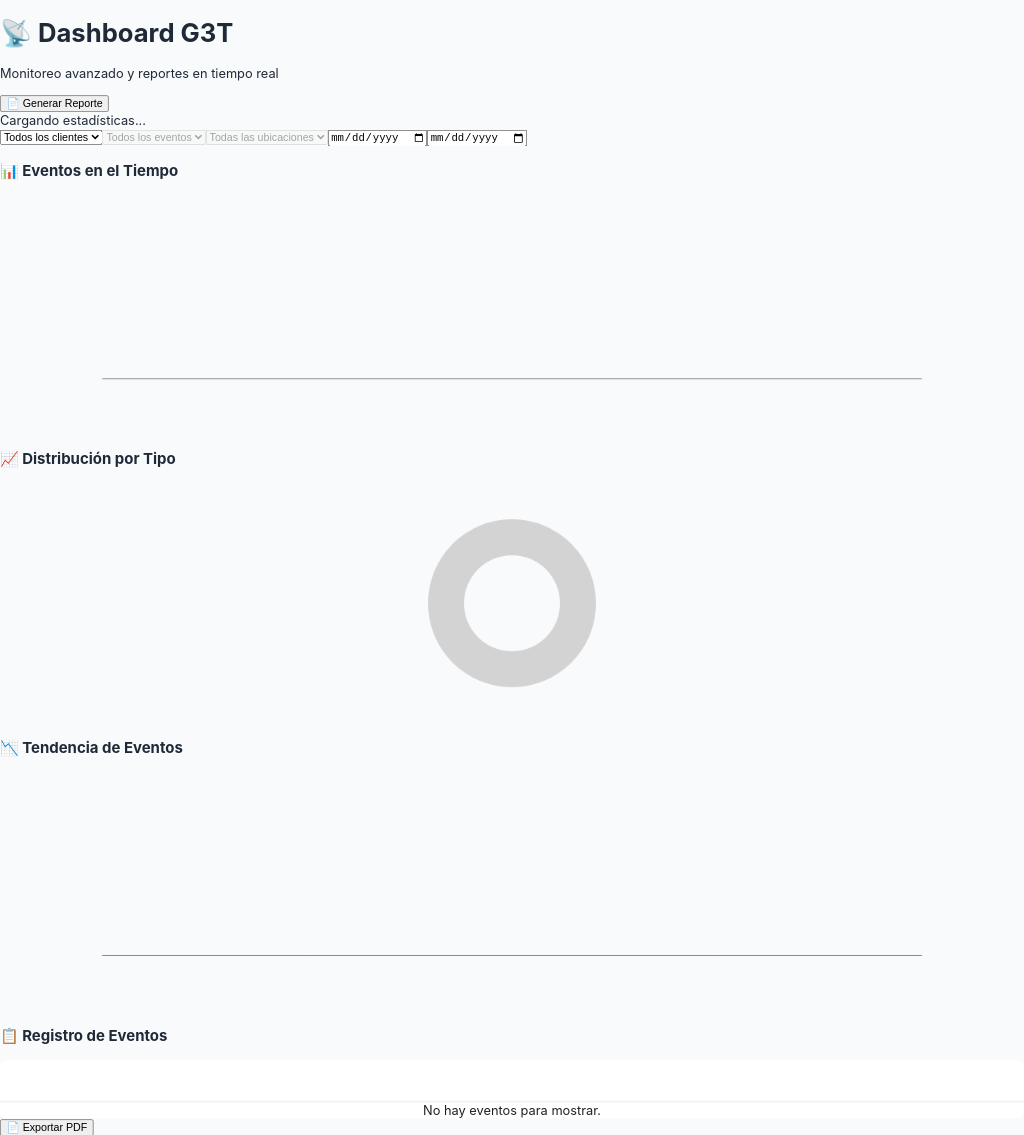
Repository: BBrian11/reportes
Page: /
An editor plug-in stored every save of this project. The page is shown before and after the next save, followed by the edit.
The browser window is 1280 px wide. The pictures show the whole page, at 80% of full size.
The page's requests for data from a server got no answer. The project was rebuilt for these pictures with package versions that can differ from the ones it lists, and the page was loaded fresh each time. Some packages were replaced by stand-ins written for this rebuild. No one was signed in, and anything a server would have sent is missing. Also part of the build but not shown: vite.config.js, src/styles/form.css.

Above is the page before, as saved 2025-07-29 13:54:10.

### index.html
<!DOCTYPE html>
<html lang="es">
  <head>
    <meta charset="UTF-8" />
    <meta name="viewport" content="width=device-width, initial-scale=1.0" />
    <title>Dashboard G3T</title>
  </head>
  <body>
    <div id="root"></div>
    <script type="module" src="/src/main.jsx"></script>
  </body>
</html>

### src/main.jsx
import React from "react";
import ReactDOM from "react-dom/client";
import App from "./App.jsx";
import "./styles/dashboard.css";
import "./styles/form.css";

ReactDOM.createRoot(document.getElementById("root")).render(
  <React.StrictMode>
    <App />
  </React.StrictMode>
);

### src/App.jsx
import React from "react";
import Dashboard from "./components/Dashboard/Dashboard.jsx";

export default function App() {
  return <Dashboard />;
}

### src/styles/dashboard.css
/* ===========================
   DASHBOARD G3T - ESTILOS PRO
   =========================== */

/* ---- Reset & Globals ---- */
body {
    font-family: 'Inter', sans-serif;
    color: #1f2937;
    background: #f9fafb;
    margin: 0;
    padding: 0;
  }

  h1, h2, h3, h4 {
    font-weight: 700;
  }

  /* ---- Header ---- */
  .dashboard-header {
    background: linear-gradient(90deg, #111827, #1f2937);
    color: #fff;
    padding: 1.5rem 2rem;
    border-radius: 16px;
    display: flex;
    justify-content: space-between;
    align-items: center;
    box-shadow: 0 8px 16px rgba(0, 0, 0, 0.25);
    animation: fadeInDown 0.6s ease;
  }

  .dashboard-header h1 {
    font-size: 1.75rem;
    display: flex;
    align-items: center;
    gap: 10px;
  }

  .dashboard-header button {
    background: #fff;
    color: #111827;
    font-weight: 600;
    padding: 0.6rem 1rem;
    border-radius: 12px;
    transition: 0.3s;
    border: none;
    cursor: pointer;
  }

  .dashboard-header button:hover {
    background: #e5e7eb;
  }

  /* ---- Stats Cards ---- */
  .stats-grid {
    display: grid;
    grid-template-columns: repeat(auto-fit, minmax(250px, 1fr));
    gap: 16px;
    margin: 20px 0;
  }

  .stat-card {
    border-radius: 16px;
    color: #fff;
    text-align: center;
    padding: 1.5rem;
    font-size: 1rem;
    font-weight: 600;
    position: relative;
    overflow: hidden;
    transition: transform 0.3s ease;
  }

  .stat-card:hover {
    transform: translateY(-6px);
  }

  .stat-card::after {
    content: "";
    position: absolute;
    top: -50%;
    left: -50%;
    width: 200%;
    height: 200%;
    background: radial-gradient(circle, rgba(255,255,255,0.15) 0%, transparent 70%);
    transform: rotate(25deg);
    animation: shine 4s infinite;
  }

  @keyframes shine {
    0% { transform: translateX(-50%) rotate(25deg); }
    100% { transform: translateX(150%) rotate(25deg); }
  }

  /* ---- Filters ---- */
  .filters-box {
    background: #fff;
    padding: 16px;
    border-radius: 14px;
    display: flex;
    flex-wrap: wrap;
    gap: 12px;
    box-shadow: 0 4px 10px rgba(0,0,0,0.08);
  }

  .filters-box select,
  .filters-box input[type="date"] {
    padding: 10px 12px;
    border: 1px solid #d1d5db;
    border-radius: 10px;
    font-size: 14px;
    background: #f9fafb;
    transition: 0.3s;
  }

  .filters-box select:focus,
  .filters-box input:focus {
    outline: none;
    border-color: #2563eb;
    background: #fff;
    box-shadow: 0 0 0 3px rgba(37, 99, 235, 0.2);
  }

  /* ---- Charts ---- */
  .chart-container {
    background: #fff;
    padding: 16px;
    border-radius: 14px;
    box-shadow: 0 4px 12px rgba(0,0,0,0.05);
    transition: transform 0.3s ease;
  }

  .chart-container:hover {
    transform: scale(1.02);
  }

  /* ---- Events Table ---- */
  .table-wrapper {
    background: #fff;
    padding: 16px;
    border-radius: 14px;
    box-shadow: 0 4px 10px rgba(0,0,0,0.05);
  }

  .rdt_Table {
    border-radius: 10px;
    overflow: hidden;
  }

  .rdt_TableHeadRow {
    background-color: #111827;
    color: #fff;
    font-weight: 600;
  }

  .rdt_TableRow:hover {
    background: #f3f4f6;
  }

  /* ---- Buttons ---- */
  .btn-primary {
    background: #2563eb;
    color: #fff;
    padding: 10px 18px;
    font-size: 15px;
    font-weight: 600;
    border-radius: 12px;
    border: none;
    transition: background 0.3s;
    cursor: pointer;
  }

  .btn-primary:hover {
    background: #1e40af;
  }

  /* ---- Animations ---- */
  @keyframes fadeInDown {
    0% { opacity: 0; transform: translateY(-20px); }
    100% { opacity: 1; transform: translateY(0); }
  }

### src/components/Dashboard/Dashboard.jsx
// src/components/Dashboard/Dashboard.jsx
import React, { useEffect, useState } from "react";
import Header from "./Header.jsx";
import StatsCards from "./StatsCards.jsx";
import Filters from "./Filters.jsx";
import Charts from "./Charts.jsx";
import EventsTable from "./EventsTable.jsx";
import ExportPDF from "./ExportPDF.jsx";
import { collection, onSnapshot } from "firebase/firestore";
import { db } from "../../services/firebase";
import "../../styles/dashboard.css";

export default function Dashboard() {
  const [eventos, setEventos] = useState([]);
  const [filtros, setFiltros] = useState({
    cliente: "",
    evento: "",
    ubicacion: "",
    fechaInicio: "",
    fechaFin: "",
  });

  // 🔹 Cargar datos de TODAS las colecciones
  useEffect(() => {
    const collections = [
      { path: "novedades/tgs/eventos", cliente: "TGS", eventoKey: "evento-tgs", ubicacionKey: "locaciones-tgs" },
      { path: "novedades/edificios/eventos", cliente: "Edificios", eventoKey: "evento-edificio" }, // 🔥 Sin ubicacionKey fijo
      { path: "novedades/vtv/eventos", cliente: "VTV", eventoKey: "evento-vtv", ubicacionKey: "planta-vtv" },
      { path: "novedades/barrios/eventos", cliente: "Barrios", eventoKey: "evento-barrios", ubicacionKey: "barrio" },
      { path: "novedades/otros/eventos", cliente: "Otros", eventoKey: "evento-otros", ubicacionKey: "otro" }
    ];


    const unsubscribes = collections.map(({ path, cliente, eventoKey, ubicacionKey }) =>
      onSnapshot(collection(db, path), (snapshot) => {
        const nuevos = snapshot.docs.map((doc) => {
          const d = doc.data();

          let ubicacion = "Sin Ubicación";

          if (cliente === "Edificios") {
            // ✅ Armar la ubicación con Edificio + Unidad
            const edificio = d["edificio"] || "";
            const unidad = d["unidad"] ? ` - ${d["unidad"]}` : "";
            ubicacion = edificio ? edificio + unidad : "Sin Ubicación";
          } else {
            // ✅ Para los demás clientes usamos ubicacionKey
            ubicacion = d[ubicacionKey] || "Sin Ubicación";
          }

          return {
            id: doc.id,
            cliente,
            evento: d[eventoKey] || "Sin Evento",
            ubicacion,
            fecha: d.fechaHoraEnvio
              ? new Date(d.fechaHoraEnvio.seconds * 1000).toLocaleString("es-AR")
              : "Sin Fecha",
            observacion: d[`observaciones-${cliente.toLowerCase()}`] || "Sin Observación",
          };
        });


        setEventos((prev) => {
          const filtradosPrev = prev.filter((e) => e.cliente !== cliente);
          return [...filtradosPrev, ...nuevos];
        });
      })
    );

    return () => unsubscribes.forEach((unsub) => unsub());
  }, []);

  // 🔍 Aplicar filtros
  const eventosFiltrados = eventos.filter((e) => {
    const fecha = new Date(e.fecha);
    const fechaInicio = filtros.fechaInicio ? new Date(filtros.fechaInicio) : null;
    const fechaFin = filtros.fechaFin ? new Date(filtros.fechaFin) : null;

    return (
      (!filtros.cliente || e.cliente === filtros.cliente) &&
      (!filtros.evento || e.evento === filtros.evento) &&
      (!filtros.ubicacion || e.ubicacion === filtros.ubicacion) &&
      (!fechaInicio || fecha >= fechaInicio) &&
      (!fechaFin || fecha <= fechaFin)
    );
  });

  return (
    <div className="p-4 bg-gray-100 min-h-screen">
      <Header />
      <StatsCards eventos={eventosFiltrados} />
      <Filters filtros={filtros} setFiltros={setFiltros} eventos={eventos} />
      <Charts eventos={eventosFiltrados} />
      <EventsTable eventos={eventosFiltrados} />
      <ExportPDF eventos={eventosFiltrados} />
    </div>
  );
}

### src/components/Dashboard/Header.jsx
// src/components/Dashboard/Header.jsx
import React from "react";

export default function Header() {
  return (
    <div className="bg-gradient-to-r from-slate-800 to-slate-600 text-white rounded-lg shadow-lg p-5 mb-6 flex justify-between items-center">
      <div>
        <h1 className="text-2xl font-bold flex items-center gap-2">
          📡 Dashboard G3T
        </h1>
        <p className="text-sm text-gray-300">
          Monitoreo avanzado y reportes en tiempo real
        </p>
      </div>
      <div>
        <button
          id="btnGeneratePDF"
          className="bg-white text-slate-700 px-4 py-2 rounded-lg shadow hover:bg-gray-200 transition"
        >
          📄 Generar Reporte
        </button>
      </div>
    </div>
  );
}

### src/components/Dashboard/StatsCards.jsx
// src/components/Dashboard/StatsCards.jsx
import React from "react";

export default function StatsCards({ eventos }) {
  if (!eventos || eventos.length === 0) {
    return (
      <div className="flex justify-center items-center text-gray-500 mb-6">
        Cargando estadísticas...
      </div>
    );
  }

  // ✅ Calcular estadísticas
  const eventCount = {};
  const locationCount = {};

  eventos.forEach((e) => {
    eventCount[e.evento] = (eventCount[e.evento] || 0) + 1;
    locationCount[e.ubicacion] = (locationCount[e.ubicacion] || 0) + 1;
  });

  const eventoMasFrecuente = Object.entries(eventCount).sort((a, b) => b[1] - a[1])[0][0];
  const ubicacionMasFrecuente = Object.entries(locationCount).sort((a, b) => b[1] - a[1])[0][0];

  // ✅ Evento crítico → detecta si hay alguno con palabra clave
  const eventosCriticosLista = [
    "Alarma", "Puerta Forzada", "Coacción", "Pánico", "Intrusión", "Robo"
  ];

  const eventoCritico =
    eventos.find((e) =>
      eventosCriticosLista.some((critico) =>
        e.evento.toLowerCase().includes(critico.toLowerCase())
      )
    )?.evento || "Sin Evento Crítico";

  return (
    <div className="grid grid-cols-1 md:grid-cols-3 gap-4 mb-6">
      {/* Card 1 */}
      <div className="bg-teal-500 text-white rounded-xl shadow-lg p-4 text-center">
        <p className="text-sm font-semibold">🚨 Evento más recurrente</p>
        <h2 className="text-xl font-bold mt-2">{eventoMasFrecuente}</h2>
      </div>

      {/* Card 2 */}
      <div className="bg-yellow-400 text-black rounded-xl shadow-lg p-4 text-center">
        <p className="text-sm font-semibold">📍 Ubicación con más eventos</p>
        <h2 className="text-xl font-bold mt-2">{ubicacionMasFrecuente}</h2>
      </div>

      {/* Card 3 */}
      <div className="bg-red-600 text-white rounded-xl shadow-lg p-4 text-center">
        <p className="text-sm font-semibold">⚠ Evento Crítico</p>
        <h2 className="text-xl font-bold mt-2">{eventoCritico}</h2>
      </div>
    </div>
  );
}

### src/components/Dashboard/Filters.jsx
// src/components/Dashboard/Filters.jsx
import React from "react";

export default function Filters({ filtros, setFiltros, eventos }) {
  // ✅ Filtrar solo los eventos del cliente seleccionado
  const eventosPorCliente = filtros.cliente
    ? eventos.filter((e) => e.cliente === filtros.cliente)
    : eventos;

  const clientes = [...new Set(eventos.map((e) => e.cliente))];
  const eventosUnicos = [...new Set(eventosPorCliente.map((e) => e.evento))];
  const ubicaciones = [...new Set(eventosPorCliente.map((e) => e.ubicacion))];

  return (
    <div className="bg-white rounded-lg shadow p-4 mb-6 flex flex-wrap gap-4">
      {/* Cliente */}
      <select
        className="border border-gray-300 p-2 rounded"
        value={filtros.cliente}
        onChange={(e) =>
          setFiltros({ ...filtros, cliente: e.target.value, evento: "", ubicacion: "" })
        }
      >
        <option value="">Todos los clientes</option>
        {clientes.map((c, idx) => (
          <option key={idx} value={c}>
            {c}
          </option>
        ))}
      </select>

      {/* Evento */}
      <select
        className="border border-gray-300 p-2 rounded"
        value={filtros.evento}
        onChange={(e) => setFiltros({ ...filtros, evento: e.target.value })}
        disabled={!filtros.cliente}
      >
        <option value="">Todos los eventos</option>
        {eventosUnicos.map((ev, idx) => (
          <option key={idx} value={ev}>
            {ev}
          </option>
        ))}
      </select>

      {/* Ubicación */}
      <select
        className="border border-gray-300 p-2 rounded"
        value={filtros.ubicacion}
        onChange={(e) => setFiltros({ ...filtros, ubicacion: e.target.value })}
        disabled={!filtros.cliente}
      >
        <option value="">Todas las ubicaciones</option>
        {ubicaciones.map((u, idx) => (
          <option key={idx} value={u}>
            {u}
          </option>
        ))}
      </select>

      {/* Fechas */}
      <input
        type="date"
        className="border border-gray-300 p-2 rounded"
        value={filtros.fechaInicio}
        onChange={(e) => setFiltros({ ...filtros, fechaInicio: e.target.value })}
      />
      <input
        type="date"
        className="border border-gray-300 p-2 rounded"
        value={filtros.fechaFin}
        onChange={(e) => setFiltros({ ...filtros, fechaFin: e.target.value })}
      />
    </div>
  );
}

### src/components/Dashboard/Charts.jsx
// src/components/Dashboard/Charts.jsx
import React from "react";
import BarChart from "./BarChart.jsx";
import PieChart from "./PieChart.jsx";
import LineChart from "./LineChart.jsx";

export default function Charts({ eventos }) {
  return (
    <div className="grid grid-cols-1 gap-6 md:grid-cols-2 mb-6">
      <div className="col-span-2 bg-white rounded-lg shadow p-4">
        <h3 className="text-lg font-bold mb-2 text-center">📊 Eventos en el Tiempo</h3>
        <BarChart eventos={eventos} />
      </div>
      <div className="bg-white rounded-lg shadow p-4">
        <h3 className="text-lg font-bold mb-2 text-center">📈 Distribución por Tipo</h3>
        <PieChart eventos={eventos} />
      </div>
      <div className="bg-white rounded-lg shadow p-4">
        <h3 className="text-lg font-bold mb-2 text-center">📉 Tendencia de Eventos</h3>
        <LineChart eventos={eventos} />
      </div>
    </div>
  );
}

### src/components/Dashboard/EventsTable.jsx
// src/components/Dashboard/EventsTable.jsx
import React from "react";
import DataTable from "react-data-table-component";

export default function EventsTable({ eventos }) {
  const columns = [
    { name: "Cliente", selector: (row) => row.cliente, sortable: true },
    { name: "Evento", selector: (row) => row.evento, sortable: true },
    { name: "Ubicación", selector: (row) => row.ubicacion },
    { name: "Fecha", selector: (row) => row.fecha },
    { name: "Observación", selector: (row) => row.observacion },
  ];

  return (
    <div className="bg-white rounded-lg shadow p-4 mb-6">
      <h3 className="text-lg font-bold mb-2 flex items-center gap-2">
        📋 Registro de Eventos
      </h3>
      <DataTable
        columns={columns}
        data={eventos}
        pagination
        highlightOnHover
        responsive
        persistTableHead
        striped
        noDataComponent="No hay eventos para mostrar."
      />
    </div>
  );
}

### src/components/Dashboard/ExportPDF.jsx
// src/components/Dashboard/ExportPDF.jsx
import React from "react";
import jsPDF from "jspdf";
import autoTable from "jspdf-autotable";
import Swal from "sweetalert2";

export default function ExportPDF({ eventos }) {
  const generatePDF = async () => {
    if (eventos.length === 0) {
      Swal.fire("Aviso", "No hay datos para exportar.", "warning");
      return;
    }

    // ✅ Generar PDF
    const pdf = new jsPDF("p", "mm", "a4");
    pdf.setFont("helvetica", "bold");
    pdf.setFontSize(18);
    pdf.text("Reporte de Eventos G3T", 105, 20, { align: "center" });

    pdf.setFontSize(12);
    pdf.setFont("helvetica", "normal");
    pdf.text(`Fecha: ${new Date().toLocaleDateString("es-AR")}`, 14, 30);

    pdf.line(10, 35, 200, 35);

    // ✅ Tabla con autoTable
    const tableData = eventos.map((e) => [
      e.cliente,
      e.evento,
      e.ubicacion,
      e.fecha,
      e.observacion,
    ]);

    autoTable(pdf, {
      head: [["Cliente", "Evento", "Ubicación", "Fecha", "Observación"]],
      body: tableData,
      startY: 40,
      theme: "striped",
      headStyles: { fillColor: [32, 178, 170], textColor: 255 },
      bodyStyles: { fontSize: 10 },
    });

    pdf.save(`REPORTE_EVENTOS_G3T_${Date.now()}.pdf`);
  };

  return (
    <div className="text-right mb-6">
      <button
        onClick={generatePDF}
        className="bg-blue-600 text-white px-4 py-2 rounded-lg shadow hover:bg-blue-700 transition"
      >
        📄 Exportar PDF
      </button>
    </div>
  );
}

### src/services/firebase.js
import { initializeApp } from "firebase/app";
import { getFirestore } from "firebase/firestore";
import { getAuth } from "firebase/auth";

const firebaseConfig = {
  apiKey: "AIzaSyCZcj7AOQoXHHn1vDiyoCQbDIQRMfvhOlA",
  authDomain: "reportesg3t.firebaseapp.com",
  projectId: "reportesg3t",
  storageBucket: "reportesg3t.appspot.com",
  messagingSenderId: "571918948751",
  appId: "1:571918948751:web:055d012f4e1f3f8de5d3fa"
};

const app = initializeApp(firebaseConfig);
export const db = getFirestore(app);
export const auth = getAuth(app);

### src/components/Dashboard/BarChart.jsx
// src/components/Dashboard/BarChart.jsx
import React, { useEffect } from "react";
import * as echarts from "echarts";

export default function BarChart({ eventos }) {
  useEffect(() => {
    const chartDom = document.getElementById("barChart");
    const myChart = echarts.init(chartDom);

    const eventCounts = {};
    eventos.forEach((e) => {
      const fecha = e.fecha.split(",")[0];
      eventCounts[fecha] = (eventCounts[fecha] || 0) + 1;
    });

    const labels = Object.keys(eventCounts);
    const values = Object.values(eventCounts);

    myChart.setOption({
      tooltip: { trigger: "axis" },
      xAxis: { type: "category", data: labels },
      yAxis: { type: "value" },
      series: [
        {
          data: values,
          type: "bar",
          itemStyle: { color: "#20B2AA" },
          label: { show: true, position: "top" },
        },
      ],
    });

    return () => myChart.dispose();
  }, [eventos]);

  return <div id="barChart" style={{ height: "300px" }}></div>;
}

### src/components/Dashboard/PieChart.jsx
// src/components/Dashboard/PieChart.jsx
import React, { useEffect } from "react";
import * as echarts from "echarts";

export default function PieChart({ eventos }) {
  useEffect(() => {
    const chartDom = document.getElementById("pieChart");
    const myChart = echarts.init(chartDom);

    const eventCounts = {};
    eventos.forEach((e) => {
      eventCounts[e.evento] = (eventCounts[e.evento] || 0) + 1;
    });

    const data = Object.keys(eventCounts).map((key) => ({
      name: key,
      value: eventCounts[key],
    }));

    myChart.setOption({
      tooltip: { trigger: "item" },
      series: [
        {
          type: "pie",
          radius: ["40%", "70%"],
          avoidLabelOverlap: false,
          label: { show: true, formatter: "{b}: {c}" },
          data: data,
        },
      ],
    });

    return () => myChart.dispose();
  }, [eventos]);

  return <div id="pieChart" style={{ height: "300px" }}></div>;
}

### src/components/Dashboard/LineChart.jsx
// src/components/Dashboard/LineChart.jsx
import React, { useEffect } from "react";
import * as echarts from "echarts";

export default function LineChart({ eventos }) {
  useEffect(() => {
    const chartDom = document.getElementById("lineChart");
    const myChart = echarts.init(chartDom);

    const dateCounts = {};
    eventos.forEach((e) => {
      const fecha = e.fecha.split(",")[0];
      dateCounts[fecha] = (dateCounts[fecha] || 0) + 1;
    });

    const labels = Object.keys(dateCounts);
    const values = Object.values(dateCounts);

    myChart.setOption({
      tooltip: { trigger: "axis" },
      xAxis: { type: "category", data: labels },
      yAxis: { type: "value" },
      series: [
        {
          data: values,
          type: "line",
          smooth: true,
          itemStyle: { color: "#FF6F61" },
        },
      ],
    });

    return () => myChart.dispose();
  }, [eventos]);

  return <div id="lineChart" style={{ height: "300px" }}></div>;
}

After the next save:
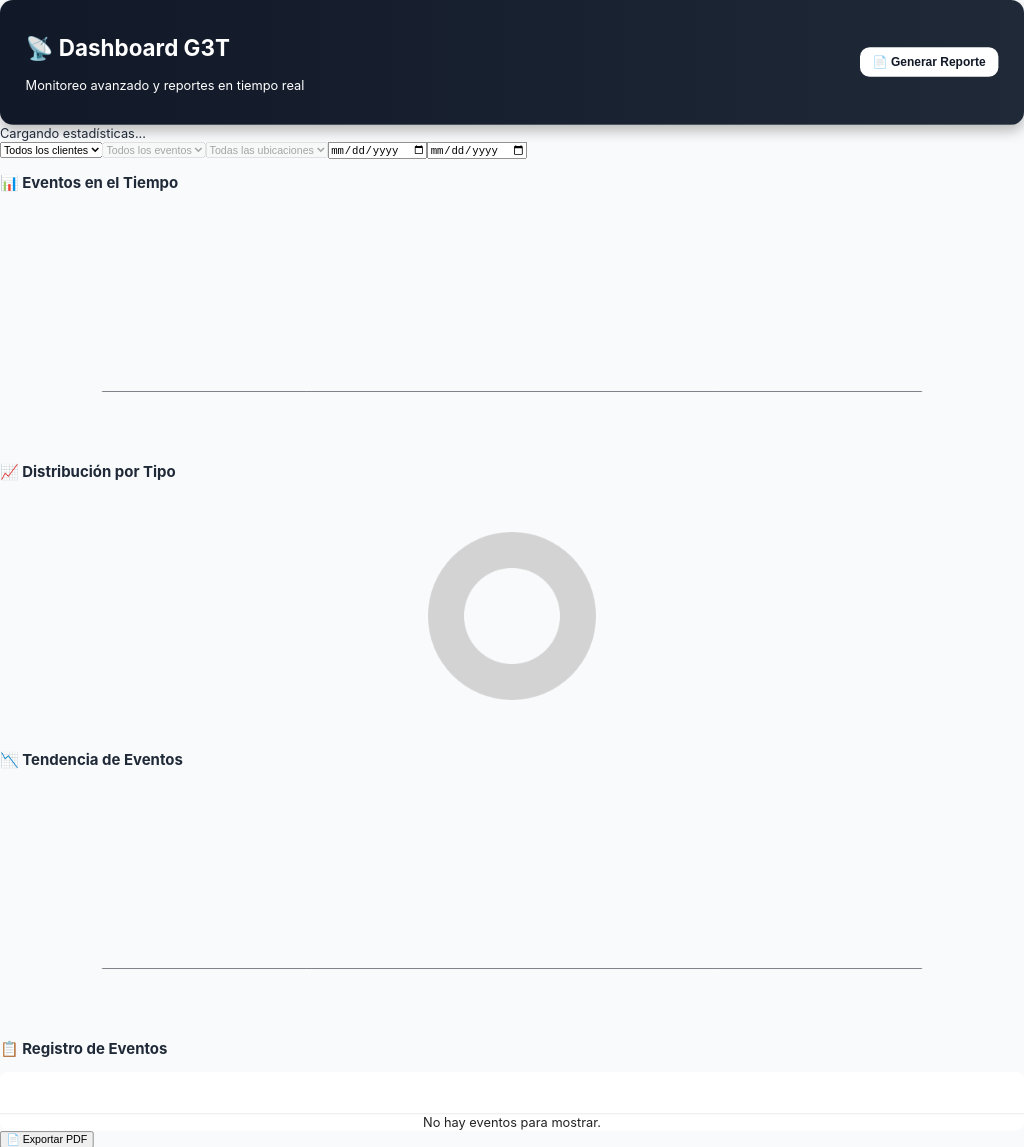
Saved 114 s later.
--- a/src/components/Dashboard/Header.jsx
+++ b/src/components/Dashboard/Header.jsx
@@ -3,23 +3,12 @@ import React from "react";
 
 export default function Header() {
   return (
-    <div className="bg-gradient-to-r from-slate-800 to-slate-600 text-white rounded-lg shadow-lg p-5 mb-6 flex justify-between items-center">
+    <div className="dashboard-header">
       <div>
-        <h1 className="text-2xl font-bold flex items-center gap-2">
-          📡 Dashboard G3T
-        </h1>
-        <p className="text-sm text-gray-300">
-          Monitoreo avanzado y reportes en tiempo real
-        </p>
+        <h1>📡 Dashboard G3T</h1>
+        <p>Monitoreo avanzado y reportes en tiempo real</p>
       </div>
-      <div>
-        <button
-          id="btnGeneratePDF"
-          className="bg-white text-slate-700 px-4 py-2 rounded-lg shadow hover:bg-gray-200 transition"
-        >
-          📄 Generar Reporte
-        </button>
-      </div>
+      <button className="btn-primary">📄 Generar Reporte</button>
     </div>
   );
 }
